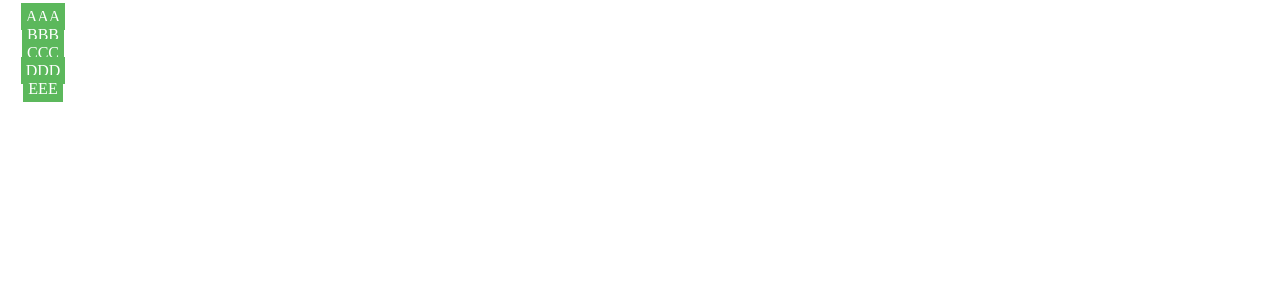
Repository: soydaizu/yamada-git1
Page: Folder_for_Exam/list.html
The author's editor kept a record of every edit. The page is drawn from the files as they stood at one moment, then again after the next edit.
The browser window is 1280 px wide. The pictures show the whole page.

Above is the page before.

### Folder_for_Exam/list.html
<head>
    <meta charset = "UTF-8">
    <link rel="stylesheet" href="list.css">
</head>
<body>
    <ul>
      <li><a href="#">AAA</a></li>
      <li><a href="#">BBB</a></li>
      <li><a href="#">CCC</a></li>
      <li><a href="#">DDD</a></li>
      <li><a href="#">EEE</a></li>
    </ul>
</body>

### Folder_for_Exam/list.css
ul {
  padding: 0;
  margin: 0; /* outer space size sets zero */
  float: left; /* remove icons on the left side */
}
ul li {
  width: 70px;
   /* Laying horizontally */
  text-align: center; /* put the text in the middle */
}
ul li a {
  background-color: #5cb85c;
  color: #fff;
  padding: 5px;
   /* Extend elements to set these background color */
  text-decoration: none; /* remove the underline */
}

After the next edit:
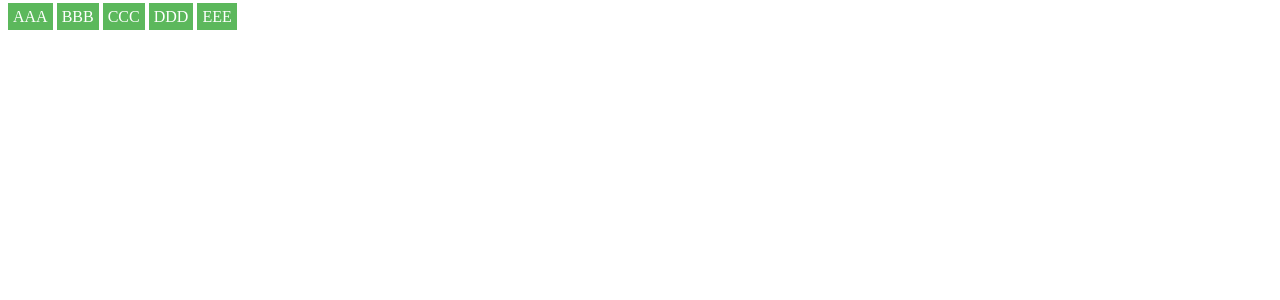
The edit:
--- a/Folder_for_Exam/list.css
+++ b/Folder_for_Exam/list.css
@@ -5,7 +5,7 @@
 }
 ul li {
   width: 70px;
-   /* Laying horizontally */
+  display: inline; /* Laying horizontally */
   text-align: center; /* put the text in the middle */
 }
 ul li a {
